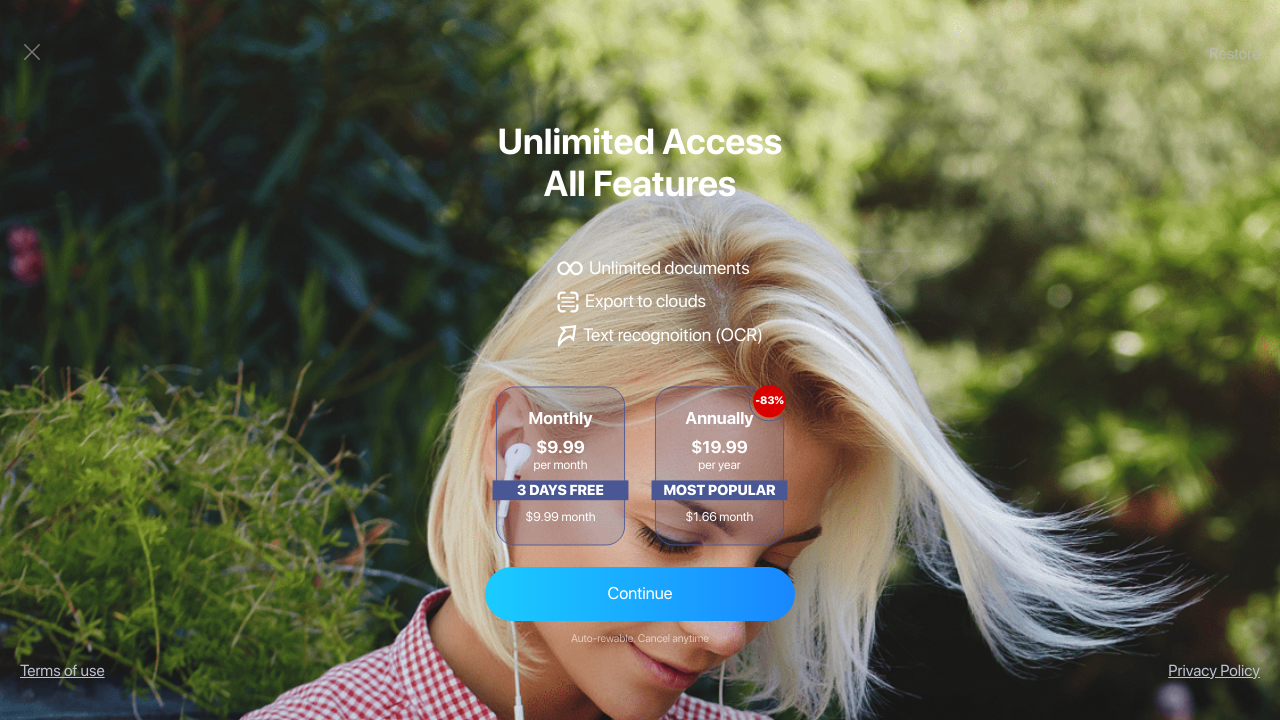
Repository: Ivan0195/bp-banner
Page: /
An editor plug-in stored every save of this project. The page is shown before and after a run of saves, followed by the edit.
The browser window is 1280 px wide. The pictures show the whole page.
The project was rebuilt for these pictures with package versions that can differ from the ones it lists, and the page was loaded fresh each time. Also part of the build but not shown: webpack.config.js.

Above is the page before, as saved 2023-03-18 14:30:39.

### src/index.html
<!DOCTYPE html>
<html lang="en">

<head>
  <meta charset="UTF-8">
  <meta http-equiv="X-UA-Compatible" content="IE=edge">
  <meta name="viewport" content="width=device-width, initial-scale=1.0">
  <link rel="icon" href="img/favicon.png" type="image/png">
  <title>BP-mobile</title>
</head>

<body>


  <header>
    <a href="#"><img src="/src/img/close.svg" alt="close"></a>
    <a href="#" class="restore">Restore</a>
  </header>


  <main>

    <script>
      const lang = 'en';
      const local = '/src/localization/[lang]'
    </script>

    <h1 class="titleText">Unlimited Access  All Features</h1>

    <ul>
      <li>
        <img src="/src/img/unlimitedDocs.svg"/>
        Unlimited documents
      </li>
      <li><img src="/src/img/noAds.svg" />Export to clouds</li>
      <li><img src="/src/img/export.svg" />Text recognoition (OCR)</li>
    </ul>

    <div class="subscriptionsBlock">

      <div id="month" class="subscriptionMonthlyBlock">
        <span class="title">Monthly</span>
        <div class="subscriptionPriceBlock">
          <span class="bigPrice">$9.99</span>
          <span class="smallText">per month</span>
        </div>
        <span class="promotionLine">3 days free</span>
        <span class="smallText">$9.99 month</span>
      </div>

      <div id="year" class="subscriptionAnnualyBlock">
        <div class="discountTag">-83%</div>
        <span class="title">Annually</span>
        <div class="subscriptionPriceBlock">
          <span class="bigPrice">$19.99</span>
          <span class="smallText">per year</span>
        </div>
        <span class="promotionLine">most popular</span>
        <span class="smallText">$1.66 month</span>
      </div>

    </div>

    <form id="button" style="width: 100%;" >
      <input class="continueButton" type="submit" value="Continue"/>
    </form>
      <span class="autoRenew">Auto-rewable. Cancel anytime</span>
  </main>


  <footer>
    <a href='#'>Terms of use</a>
    <a href='#'>Privacy Policy</a>
  </footer>


</body>
</html>

### src/index.js
import './index.html';
import './index.scss';

const month = document.getElementById('month');
const year = document.getElementById('year');
const button = document.getElementById('button');
button.action = '#';

const onElementSelect = (element, target, link) => {
    element.style.scale = 0.9;
    element.style.opacity = 0.5;
    target.style.scale = 1;
    target.style.opacity = 1;
    button.action = link;
}

month.onclick = () => onElementSelect(year, month, 'https://apple.com/');
year.onclick = () => onElementSelect(month, year, 'https://google.com/ ');

### src/style/_fonts.scss
@font-face {
  font-family: 'SFPro';
  src: url('../fonts/SFProDisplay-Regular.woff2') format('woff2'),
    url('../fonts/SFProDisplay-Regular.woff') format('woff');
}

@font-face {
  font-family: 'SFPro-Bold';
    src: url('../fonts/SFProDisplay-Bold.woff2') format('woff2'),
      url('../fonts/SFProDisplay-Bold.woff') format('woff');
  }

  @font-face {
    font-family: 'SFPro-Heavy';
    src: url('../fonts/SFProDisplay-Heavy.woff2') format('woff2'),
      url('../fonts/SFProDisplay-Heavy.woff') format('woff');
  }

### src/style/_var.scss
$textPrimary: #FFFFFF;
$textSecondary: #BDC0D0;
@mixin FlexCenter {
    display: flex;
    align-items: center;
    justify-content: center;
}

### src/style/_style.scss
body {
  font-family: 'SFPro';
  color: $textPrimary;
  background-image: url("/src/img/background-image.png");
  background-size: cover;
  padding: 40px 20px;
  display: flex;
  flex-direction: column;
  align-items: center;
  justify-content: space-between;
  box-sizing: border-box;
  height: 100vh;
}

header {
  @include FlexCenter;
  justify-content: space-between;
  width: 100%;
}

main {
  @include FlexCenter;
  flex-direction: column;
  justify-content: flex-end;
  height: 100%;
  row-gap: 12px;
  padding-bottom: 16px;
}

ul {
  list-style-type: none;
  font-size: 18px;
  display: flex;
  flex-direction: column;
  row-gap: 12px;
}

li {
  display: flex;
  column-gap: 6px;
}

footer {
  width: 100%;
  @include FlexCenter;
  justify-content: space-between;
  color: $textSecondary;
  text-decoration: underline;
}

a {
  text-decoration: none;
  color: $textSecondary;
}

a:visited {
  text-decoration: none;
  color: $textSecondary;
}

.restore {
opacity: 0.6;
}

.titleText {
  width: 286px;
  text-align: center;
  font-family: 'SFPro-Bold';
  font-size: 36px;
}

.subscriptionsBlock {
  @include FlexCenter;
  column-gap: 8px;
}

.subscriptionMonthlyBlock {
  @include FlexCenter;
  flex-direction: column;
  row-gap: 10px;
  background-image: url('/src/img/shape-1.svg');
  height: 178px;
  width: 151px;
  background-size: contain;
  background-repeat: no-repeat;
  background-position: top;
  scale: 0.9;
  transition: all .5s
}

.subscriptionAnnualyBlock {
  position: relative;
  @extend .subscriptionMonthlyBlock;
  background-image: url('/src/img/shape-2.svg');
}

.subscriptionPriceBlock {
  @include FlexCenter;
  flex-direction: column;
}

.title {
  font-family: 'SFPro-bold';
    font-size: 19px;
}

.bigPrice {
  font-family: 'SFPro-bold';
  font-size: 19px;
}

.promotionLine {
  @include FlexCenter;
  background-color: #495795;
  width: 100%;
  text-align: center;
  font-family: 'SFPro-Heavy';
  text-transform: uppercase;
  height: 22px;
}

.smallText {
  font-size: 14px
}

.discountTag {
  @include FlexCenter;
  height: 36px;
  width: 36px;
  border-radius: 50%;
  background-color: #DB0000;
  position: absolute;
  font-family: 'SFPro-Heavy';
  font-size: 12px;
  top: -1px;
  right: 2px;
}

.continueButton {
  @include FlexCenter;
  width: 100%;
  background: linear-gradient(270deg, #1987FF 0%, #19CCFF 100%);
  border: none;
  height: 54px;
  border-radius: 27px;
  font-family: 'SFPro';
  font-size: 17px;
  color: $textPrimary
}

.autoRenew {
  @extend .restore;
  font-size: 11px;
}

Loaded but not shown: src/index.scss (common file)

After the next 2 saves:
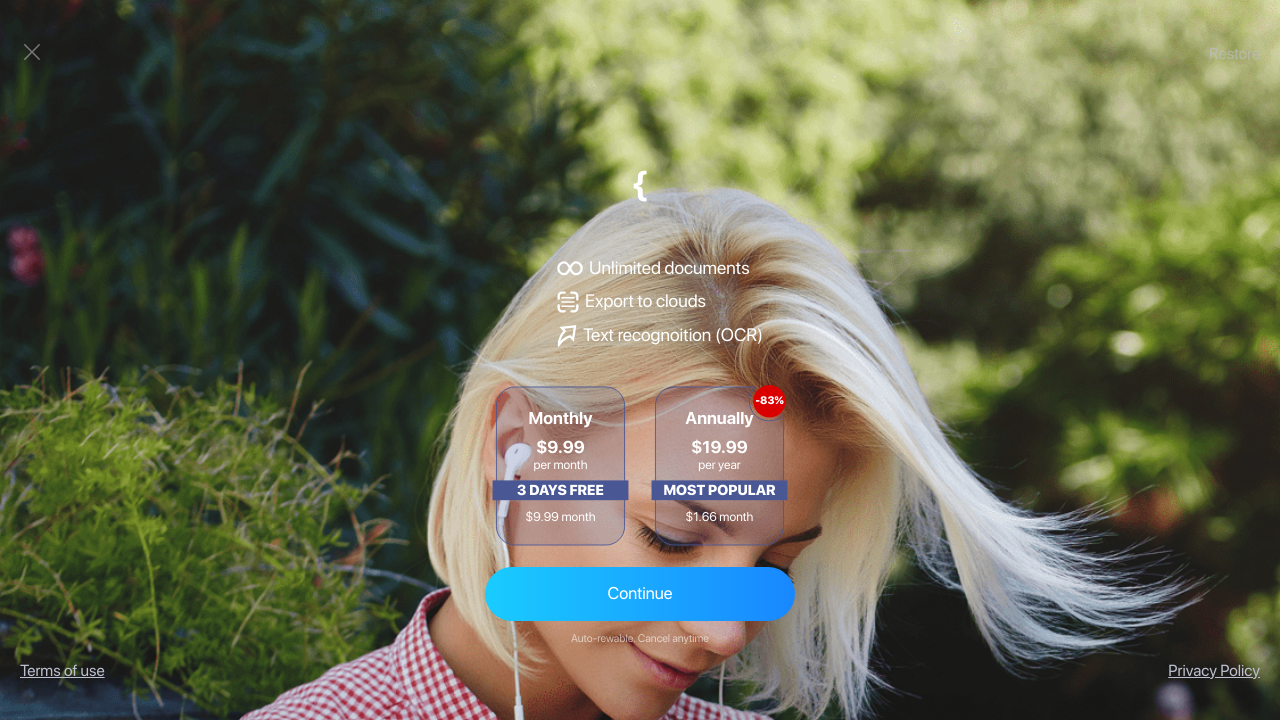
The 2 saves are shown as one change because they came seconds apart.
The last was saved 7 s later.
--- a/src/index.html
+++ b/src/index.html
@@ -25,7 +25,7 @@
       const local = '/src/localization/[lang]'
     </script>
 
-    <h1 class="titleText">Unlimited Access  All Features</h1>
+    <h1 class="titleText">{</h1>
 
     <ul>
       <li>
